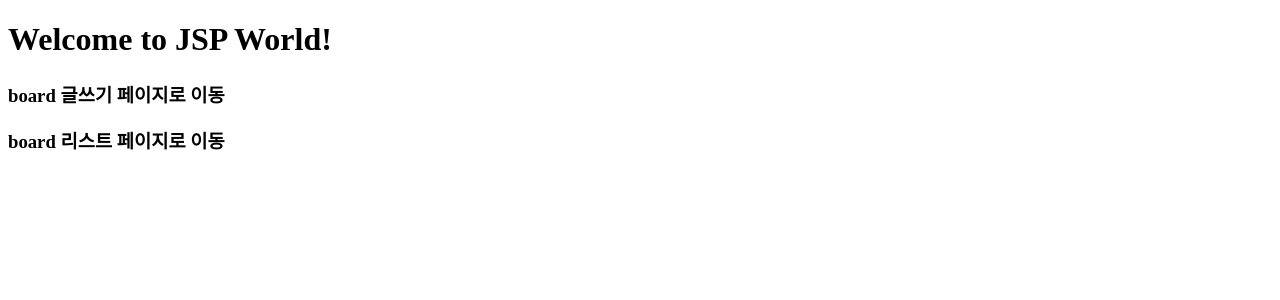
Repository: Umc404/jsp
Page: http://localhost/jsp_study/
An editor plug-in stored every save of this project. The page is shown before and after the next save, followed by the edit.
The browser window is 1280 px wide. The pictures show the whole page.
The page is served by Tomcat 9. Other server files are loaded and not shown.

Above is the page before, as saved 2024-10-22 04:13:02.

### jsp_study/src/main/webapp/index.jsp
<%@ page language="java" contentType="text/html; charset=UTF-8"
    pageEncoding="UTF-8"%>
<!DOCTYPE html>
<html>
<head>
<meta charset="UTF-8">
<title>Insert title here</title>
</head>
<body>
	<h1>Welcome to JSP World!</h1>
	<h3><a>board 글쓰기 페이지로 이동</a></h3>
	<h3><a>board 리스트 페이지로 이동</a></h3>
</body>
</html>

After the next save:
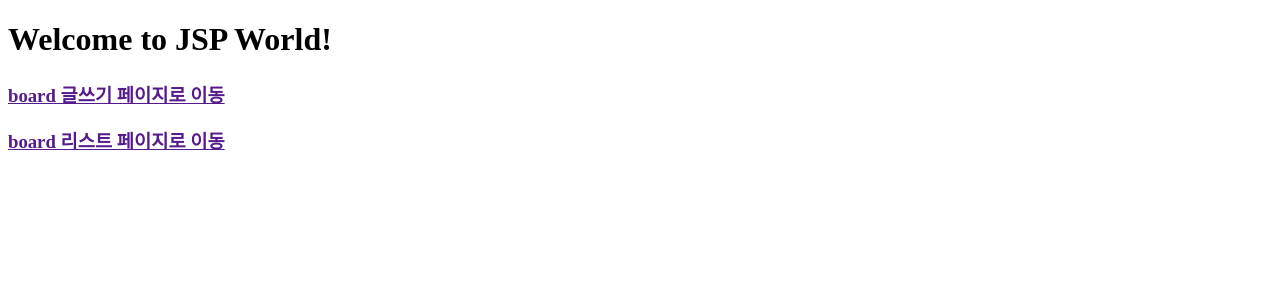
Saved 49 s later.
--- a/jsp_study/src/main/webapp/index.jsp
+++ b/jsp_study/src/main/webapp/index.jsp
@@ -8,7 +8,9 @@
 </head>
 <body>
 	<h1>Welcome to JSP World!</h1>
-	<h3><a>board 글쓰기 페이지로 이동</a></h3>
-	<h3><a>board 리스트 페이지로 이동</a></h3>
+
+	<!-- jsp의 모든 경로는 controller로 이동되개 해야함. -->
+	<h3><a href="">board 글쓰기 페이지로 이동</a></h3>
+	<h3><a href="">board 리스트 페이지로 이동</a></h3>
 </body>
 </html>
